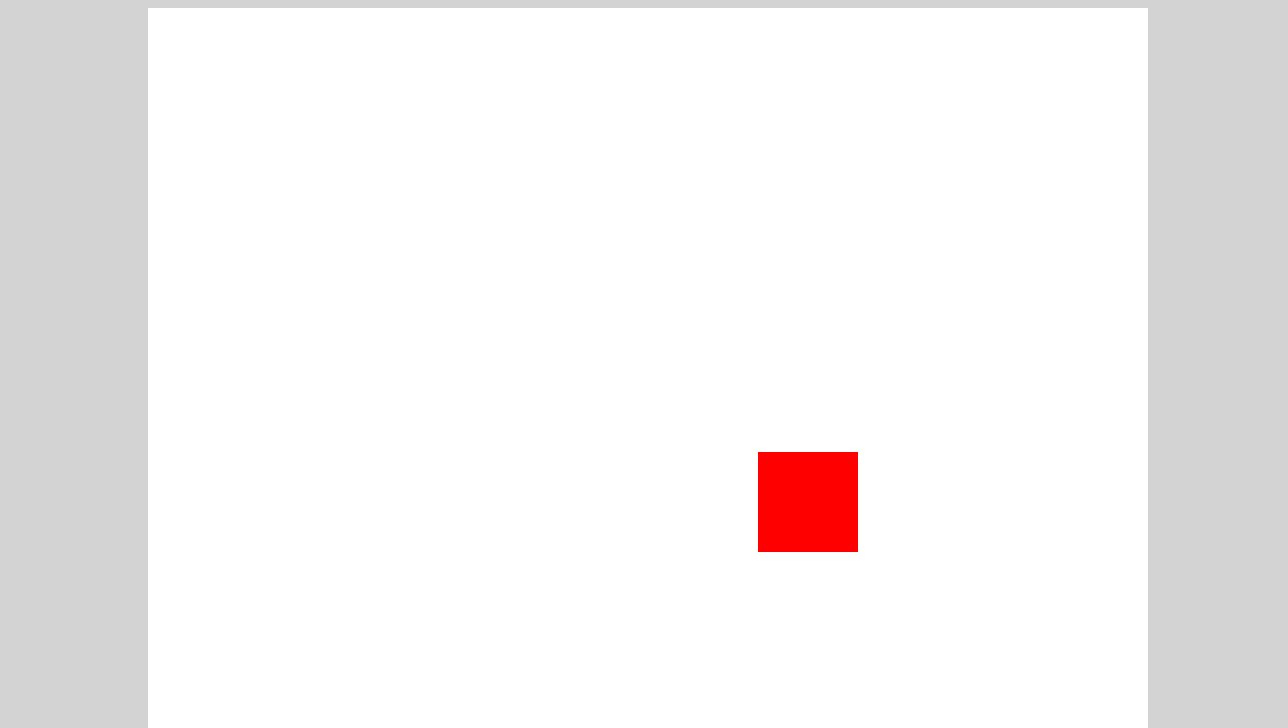
Repository: fbansept/ran3_24_jeu
Page: index.html
An editor plug-in stored every save of this project. The page is shown before and after a run of saves, followed by the edit.
The browser window is 1280 px wide. The page is 1288 px wide, so the pictures cover 1288 px, including what lies to the right of the window. The pictures show the whole page.

Above is the page before, as saved 2024-11-04 10:44:05.

### index.html
<!DOCTYPE html>
<html lang="en">
  <head>
    <meta charset="UTF-8" />
    <meta name="viewport" content="width=device-width, initial-scale=1.0" />
    <title>Document</title>
    <script defer src="script.js"></script>
    <link rel="stylesheet" href="style.css">
  </head>
  <body>
    <div id="scene">
      <div id="joueur"></div>
    </div>
  </body>
</html>

### script.js
function frame() {
  positionXjoueur += vitesseX;
  positionYjoueur += vitesseY;

  joueur.style.left = positionXjoueur + "px";
  joueur.style.top = positionYjoueur + "px";

  if (positionXjoueur >= largeurScene - largeurJoueur || positionXjoueur <= 0) {
    vitesseX = -vitesseX;
  }

  if (positionYjoueur >= hauteurScene - largeurJoueur || positionYjoueur <= 0) {
    vitesseY = -vitesseY;
  }

  console.log(toucheFlecheBasPresse);
}

let positionXjoueur = 0;
let vitesseX = 10;
let positionYjoueur = 0;
let vitesseY = 8;

let largeurJoueur = 100;
let hauteurScene = 1000;
let largeurScene = 1000;
let toucheFlecheBasPresse = false;
let toucheFlecheHautPresse = false;

const joueur = document.querySelector("#joueur");
const scene = document.querySelector("#scene");
scene.style.width = largeurScene + "px";
scene.style.height = hauteurScene + "px";
joueur.style.width = largeurJoueur + "px";
joueur.style.height = largeurJoueur + "px";

document.addEventListener("keydown", (e) => {
  toucheFlecheBasPresse = e.code == "ArrowDown";
  toucheFlecheHautPresse = e.code == "ArrowUp";
});

document.addEventListener("keyrelease", (e) => {
  toucheFlecheBasPresse = e.code != "ArrowDown";
  toucheFlecheHautPresse = e.code != "ArrowUp";
});

setInterval(frame, 1000 / 60);

### style.css
html {
  height: 100%;
  overflow: hidden;
}

body {
  width: 100%;
  height: 100%;
  background-color: lightgrey;
  display: flex;
  align-items: center;
  justify-content: center;
  overflow: hidden;
}

#scene {
  position: relative;
  background-color: white;
  overflow: hidden;
}

#joueur {
  position: absolute;
  background-color: red;
}

After the next 2 saves:
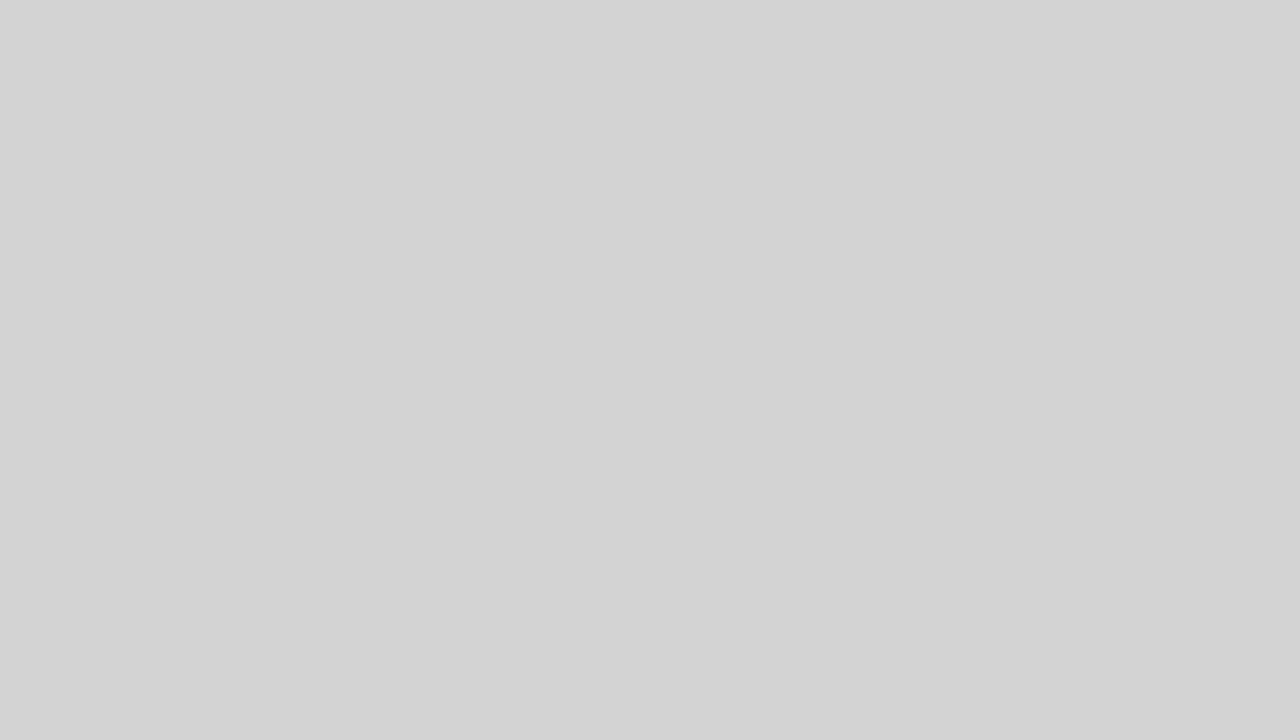
Console error: SyntaxError: Unexpected token ')'
The 2 saves are shown as one change because they came seconds apart.
The last was saved 32 s later.
--- a/script.js
+++ b/script.js
@@ -40,8 +40,9 @@
 });
 
 document.addEventListener("keyrelease", (e) => {
-  toucheFlecheBasPresse = e.code != "ArrowDown";
-  toucheFlecheHautPresse = e.code != "ArrowUp";
+
+  if()
+
 });
 
 setInterval(frame, 1000 / 60);

After the 6 saves that followed:
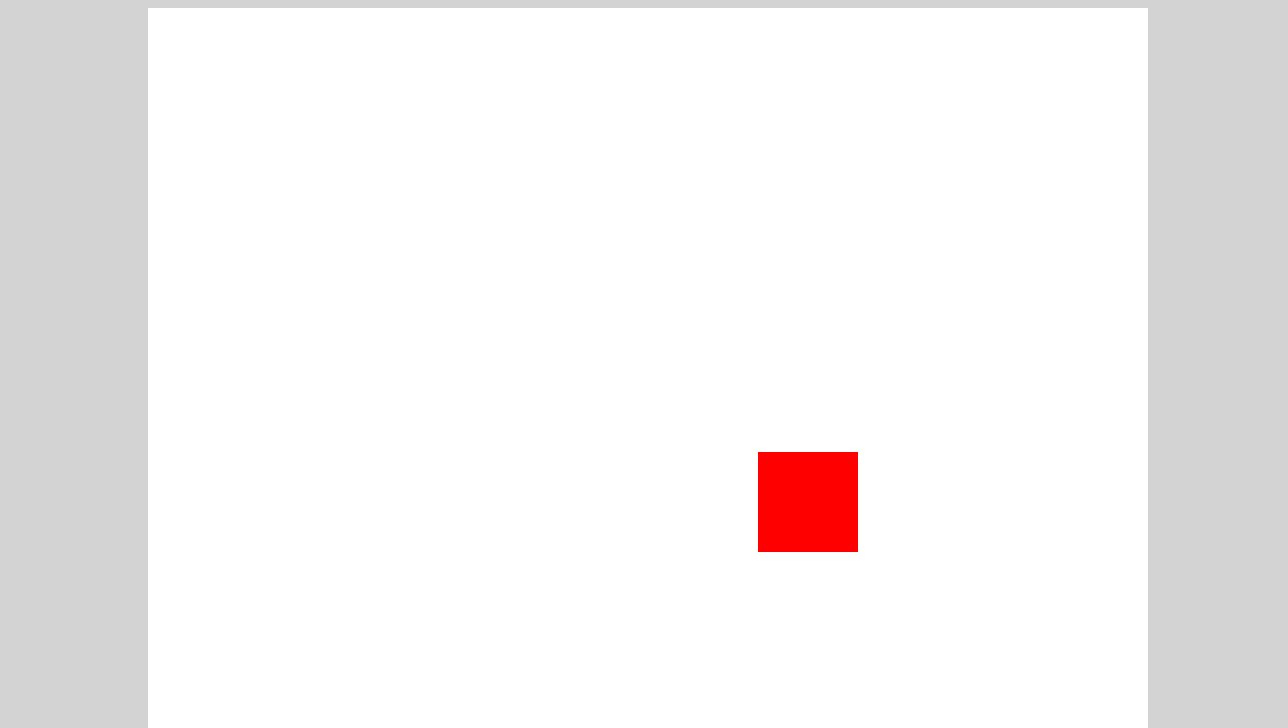
The error is gone.
The 6 saves are shown as one change because 2 left the picture as it was and some came seconds apart.
The last was saved 23 s later.
--- a/script.js
+++ b/script.js
@@ -41,7 +41,9 @@
 
 document.addEventListener("keyrelease", (e) => {
 
-  if()
+  if(toucheFlecheBasPresse && e.code == "ArrowDown") {
+    toucheFlecheBasPresse = false;
+  }
 
 });
 
